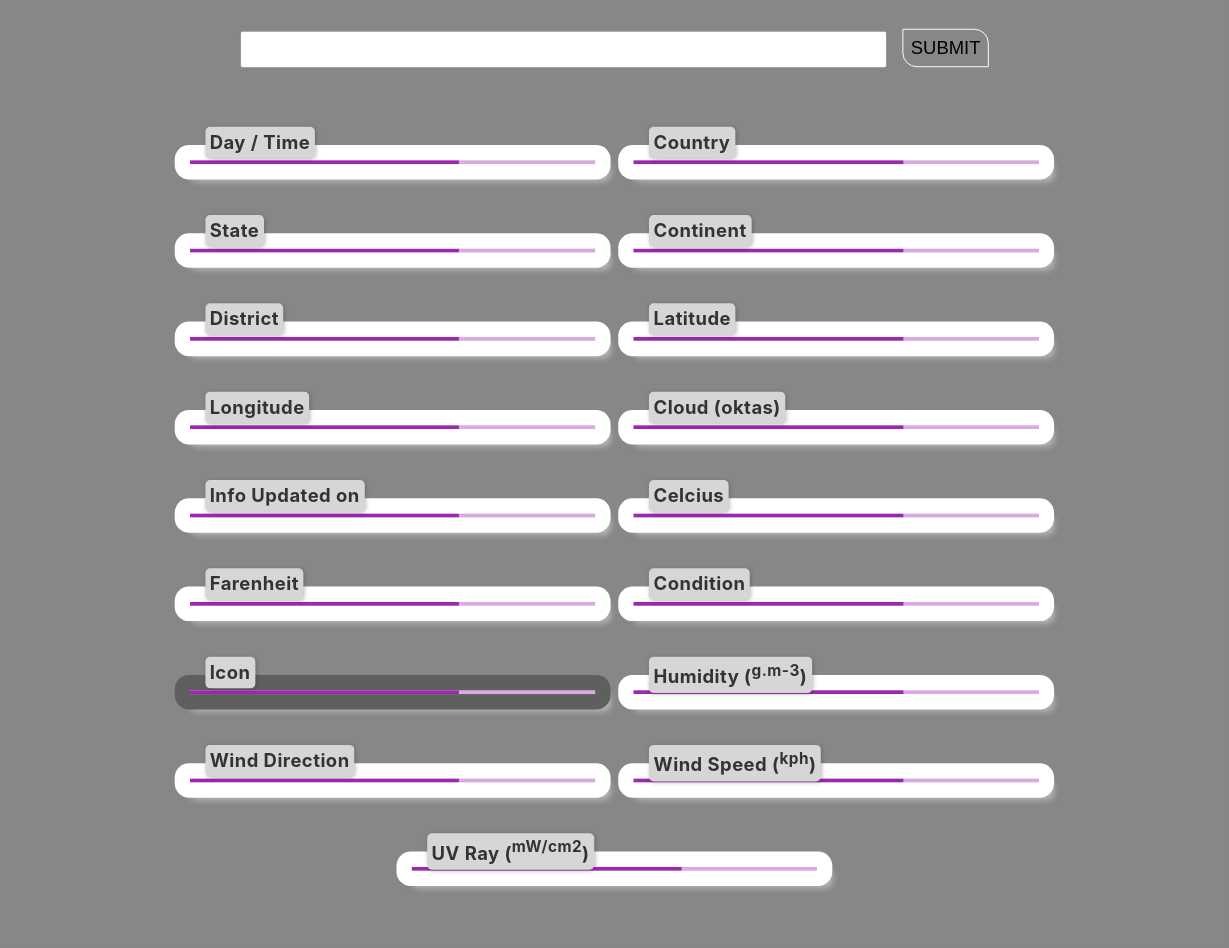
Repository: Imprasna/practising-API
Page: /
The author's editor kept a copy of each file at every save. The page is drawn from the files as they stood at one save, then again after the next save.
The browser window is 1280 px wide. The pictures show the whole page, at 96% of full size.
The project was rebuilt for these pictures with package versions that can differ from the ones it lists, and the page was loaded fresh each time. Also part of the build but not shown: src/component/Country.js, src/component/Region.js, src/component/Time.js, src/component/Continent.js, src/component/District.js, src/component/Cloud.js, src/component/UpdatedWeather.js, src/component/Celcius.js and 9 more.

Above is the page before, as saved 2021-11-12 00:24:30.

### src/App.js
import './App.css';
import Get from './Get'

function App() {
  return (
    <div className="App">
      <Get />
    </div>
  );
}

export default App;

### src/Get.js
import React, { useState } from "react";
import axios from "axios";
// import moment from 'moment';
import Country from "./component/Country";
import Region from "./component/Region";
import Time from "./component/Time";
import Continent from "./component/Continent";
import District from "./component/District";
import Cloud from "./component/Cloud";
import UpdatedWeather from "./component/UpdatedWeather";
import Celcius from "./component/Celcius";
import Farenheit from "./component/Farenheit";
import Latitude from "./component/Latitude";
import Longitude from "./component/Longitude";
import Condition from "./component/Condition";
import Icon from "./component/Icon";
import Humidity from "./component/Humidity";
import WindDirection from "./component/WindDirection";
import WindSpeed from "./component/WindSpeed";
import Uv from "./component/Uv";
import "./component/style.css";
// import CircularProgress from '@mui/material/CircularProgress';
import LinearProgress from '@mui/material/LinearProgress';



const Get = () => {
	const [getPost, setGetPost] = useState([]);
	const [loading, setLoading] = useState(false);
	const [values, setValues] = useState({ cities: "" });

	React.useEffect =
		(() => {
			getData();

			const CName = () => {
				setGetPost(getPost);
			};
			CName();
		},
		[]);

		const getData = async () =>
		{
			const city = values.cities;
			try {
				const res = await axios.get(
					`http://api.weatherapi.com/v1/current.json?key=b572a200fc624a6a85671436211310&q=${city}&aqi=yes`
					);
				setTimeout(function ()
				{
					// console.log(res.data.current);
					// console.log(res.data.location);
					// setGetPost(res.data);
					(setGetPost(res.data))
					setLoading(true);
				}, 3000);

			console.log(getPost);
			// console.log(res.data.current);
			// setGetPost({res});
		} catch (err) {
			console.log(err);
		}
	};
	console.log(getPost);

	const onChangeHandler = (e) => {
		const name = e.target.name;
		const value = e.target.value;

		// here values is the state name
		let inputValues = values;
		inputValues[name] = value;
		setValues({ ...inputValues });
		setLoading(false);
	};

	return (
		<>
			<input
				className="search-box"
				type="text"
				value={values.cities}
				name="cities"
				onChange={(e) => onChangeHandler(e)}
			/>
			<button className="button" onClick={getData}>
				Submit
			</button>

			<div className="whole">

				<div className="time">
					{loading ? (<Time CName={getPost} />) : (<LinearProgress  color="secondary"  />) }
					<h1>Day / Time</h1>
				</div>

				<div className="Country">
					{loading ? (<Country CName={getPost} />) : (<LinearProgress  color="secondary"  />)}
					<h1>Country</h1>
				</div>

				<div className="region">
					{loading ? (<Region CName={getPost} />) : (<LinearProgress  color="secondary"  />) }
					<h1>State</h1>
				</div>



				<div className="continent">
				{loading ? (<Continent CName={getPost} />) : (<LinearProgress  color="secondary"  />) }
					<h1>Continent</h1>

				</div>

				<div className="district">
				{loading ? (<District CName={getPost} />) : (<LinearProgress  color="secondary"  />) }
					<h1>District</h1>

				</div>

				<div className="lat">
				{loading ? (<Latitude CName={getPost} />) : (<LinearProgress  color="secondary"  />) }
					<h1>Latitude</h1>

				</div>

				<div className="lon">
				{loading ? (<Longitude CName={getPost} />) : (<LinearProgress  color="secondary"  />) }
					<h1>Longitude</h1>

				</div>

				<div className="cloud">
				{loading ? (<Cloud CName={getPost} />) : (<LinearProgress  color="secondary"  />) }
					<h1>Cloud (oktas)</h1>

				</div>

				<div className="upt">
				{loading ? (<UpdatedWeather CName={getPost} />) : (<LinearProgress  color="secondary"  />) }
					<h1>Info Updated on</h1>

				</div>

				<div className="cel">
				{loading ? (<Celcius CName={getPost} />) : (<LinearProgress  color="secondary"  />) }
					<h1>Celcius</h1>

				</div>

				<div className="far">
				{loading ? (<Farenheit CName={getPost} />) : (<LinearProgress  color="secondary"  />) }
					<h1>Farenheit</h1>

				</div>

				<div className="cond">
				{loading ? (<Condition CName={getPost} />) : (<LinearProgress  color="secondary"  />) }
					<h1>Condition</h1>

				</div>

				<div className="icon">
				{loading ? (<Icon CName={getPost} />) : (<LinearProgress  color="secondary"  />) }
					<h1>Icon</h1>

				</div>

				<div className="hum">
				{loading ? (<Humidity CName={getPost} />) : (<LinearProgress  color="secondary"  />) }
					<h1>
						Humidity (<sup>g.m-3</sup>)
					</h1>

				</div>


				<div className="wd">
				{loading ? (<WindDirection CName={getPost} />) : (<LinearProgress  color="secondary"  />) }
					<h1>Wind Direction</h1>

				</div>

				<div className="ws">
				{loading ? (<WindSpeed CName={getPost} />) : (<LinearProgress  color="secondary"  />) }
					<h1>
						Wind Speed (<sup>kph</sup>)
					</h1>

				</div>

				<div className="uv">
				{loading ? (<Uv CName={getPost} />) : (<LinearProgress  color="secondary"  />) }
					<h1>
						UV Ray (<sup>mW/cm2</sup>)
					</h1>

				</div>
			</div>
		</>
	);
};

export default Get;

### src/component/style.css
body {
    background: #878787;
}

.whole {
    width: 100%;
    height: 100%;
    display: flex;
    justify-content: center;
    align-items: center;
    flex-wrap: wrap;
    gap: .5rem;
    margin-bottom: 4rem;
}

.search-box {
    width: 50%;
    padding: .5rem 1rem;
    border-radius: 3px;
    border: 1px solid #929292;
    outline: none;
    font-size: 1rem;
    line-height: 1.3em;
    margin: 0 auto;
    margin-bottom: 2rem;
    margin-top: 2rem;
    margin-right: 1rem;
    text-transform: uppercase;
}

.button {
    padding: .5rem;
    outline: none;
    border: 1px solid #fff;
    border-top-right-radius: 15px;
    border-bottom-left-radius: 15px;
    cursor: pointer;
    font-size: 1.2rem;
    text-transform: uppercase;
    background: transparent;
    transition: .3s;
}

.button:hover {
    background-color: #0faa74;
}

.Country {
    width: 33%;
    color: #000;
    padding: 1rem;
    border-radius: 15px;
    background-color: #fff;
    box-shadow: 8px 10px 7px -8px rgba(204,204,204,0.75);
    position: relative;
    font-size: 1.1rem;
    font-weight: 600;
    letter-spacing: .5px;
    margin-top: 3rem;
}

.Country > h1 {
    position: absolute;
    top: -2rem;
    left: 2rem;
    padding: .3rem;
    background-color: #d6d6d6;
    border-radius: 5px;
    font-size: 1.2rem;
    filter: drop-shadow(1px 1px 2px rgba(44, 44, 44, 0.342));
    color: #333;
}

.region {
    width: 33%;
    color: #000;
    padding: 1rem;
    border-radius: 15px;
    background-color: #fff;
    box-shadow: 8px 10px 7px -8px rgba(204,204,204,0.75);
    position: relative;
    font-size: 1.1rem;
    font-weight: 600;
    letter-spacing: .5px;
    margin-top: 3rem;
}

.region > h1 {
    position: absolute;
    top: -2rem;
    left: 2rem;
    padding: .3rem;
    background-color: #d6d6d6;
    border-radius: 5px;
    font-size: 1.2rem;
    filter: drop-shadow(1px 1px 2px rgba(44, 44, 44, 0.342));
    color: #333;
}

.time {
    width: 33%;
    color: #000;
    padding: 1rem;
    border-radius: 15px;
    background-color: #fff;
    box-shadow: 8px 10px 7px -8px rgba(204,204,204,0.75);
    position: relative;
    font-size: 1.1rem;
    font-weight: 600;
    letter-spacing: .5px;
    margin-top: 3rem;
}

.time > h1 {
    position: absolute;
    top: -2rem;
    left: 2rem;
    padding: .3rem;
    background-color: #d6d6d6;
    border-radius: 5px;
    font-size: 1.2rem;
    filter: drop-shadow(1px 1px 2px rgba(44, 44, 44, 0.342));
    color: #333;
}

.continent {
    width: 33%;
    color: #000;
    padding: 1rem;
    border-radius: 15px;
    background-color: #fff;
    box-shadow: 8px 10px 7px -8px rgba(204,204,204,0.75);
    position: relative;
    font-size: 1.1rem;
    font-weight: 600;
    letter-spacing: .5px;
    margin-top: 3rem;
}

.continent > h1 {
    position: absolute;
    top: -2rem;
    left: 2rem;
    padding: .3rem;
    background-color: #d6d6d6;
    border-radius: 5px;
    font-size: 1.2rem;
    filter: drop-shadow(1px 1px 2px rgba(44, 44, 44, 0.342));
    color: #333;
}

.district {
    width: 33%;
    color: #000;
    padding: 1rem;
    border-radius: 15px;
    background-color: #fff;
    box-shadow: 8px 10px 7px -8px rgba(204,204,204,0.75);
    position: relative;
    font-size: 1.1rem;
    font-weight: 600;
    letter-spacing: .5px;
    margin-top: 3rem;
}

.district > h1 {
    position: absolute;
    top: -2rem;
    left: 2rem;
    padding: .3rem;
    background-color: #d6d6d6;
    border-radius: 5px;
    font-size: 1.2rem;
    filter: drop-shadow(1px 1px 2px rgba(44, 44, 44, 0.342));
    color: #333;
}

.lat {
    width: 33%;
    color: #000;
    padding: 1rem;
    border-radius: 15px;
    background-color: #fff;
    box-shadow: 8px 10px 7px -8px rgba(204,204,204,0.75);
    position: relative;
    font-size: 1.1rem;
    font-weight: 600;
    letter-spacing: .5px;
    margin-top: 3rem;
}

.lat > h1 {
    position: absolute;
    top: -2rem;
    left: 2rem;
    padding: .3rem;
    background-color: #d6d6d6;
    border-radius: 5px;
    font-size: 1.2rem;
    filter: drop-shadow(1px 1px 2px rgba(44, 44, 44, 0.342));
    color: #333;
}

.lon {
    width: 33%;
    color: #000;
    padding: 1rem;
    border-radius: 15px;
    background-color: #fff;
    box-shadow: 8px 10px 7px -8px rgba(204,204,204,0.75);
    position: relative;
    font-size: 1.1rem;
    font-weight: 600;
    letter-spacing: .5px;
    margin-top: 3rem;
}

.lon > h1 {
    position: absolute;
    top: -2rem;
    left: 2rem;
    padding: .3rem;
    background-color: #d6d6d6;
    border-radius: 5px;
    font-size: 1.2rem;
    filter: drop-shadow(1px 1px 2px rgba(44, 44, 44, 0.342));
    color: #333;
}

.cloud {
    width: 33%;
    color: #000;
    padding: 1rem;
    border-radius: 15px;
    background-color: #fff;
    box-shadow: 8px 10px 7px -8px rgba(204,204,204,0.75);
    position: relative;
    font-size: 1.1rem;
    font-weight: 600;
    letter-spacing: .5px;
    margin-top: 3rem;
}

.cloud > h1 {
    position: absolute;
    top: -2rem;
    left: 2rem;
    padding: .3rem;
    background-color: #d6d6d6;
    border-radius: 5px;
    font-size: 1.2rem;
    filter: drop-shadow(1px 1px 2px rgba(44, 44, 44, 0.342));
    color: #333;
}

.upt {
    width: 33%;
    color: #000;
    padding: 1rem;
    border-radius: 15px;
    background-color: #fff;
    box-shadow: 8px 10px 7px -8px rgba(204,204,204,0.75);
    position: relative;
    font-size: 1.1rem;
    font-weight: 600;
    letter-spacing: .5px;
    margin-top: 3rem;
}

.upt > h1 {
    position: absolute;
    top: -2rem;
    left: 2rem;
    padding: .3rem;
    background-color: #d6d6d6;
    border-radius: 5px;
    font-size: 1.2rem;
    filter: drop-shadow(1px 1px 2px rgba(44, 44, 44, 0.342));
    color: #333;
}

.cel {
    width: 33%;
    color: #000;
    padding: 1rem;
    border-radius: 15px;
    background-color: #fff;
    box-shadow: 8px 10px 7px -8px rgba(204,204,204,0.75);
    position: relative;
    font-size: 1.1rem;
    font-weight: 600;
    letter-spacing: .5px;
    margin-top: 3rem;
}

.cel > h1 {
    position: absolute;
    top: -2rem;
    left: 2rem;
    padding: .3rem;
    background-color: #d6d6d6;
    border-radius: 5px;
    font-size: 1.2rem;
    filter: drop-shadow(1px 1px 2px rgba(44, 44, 44, 0.342));
    color: #333;
}

.far {
    width: 33%;
    color: #000;
    padding: 1rem;
    border-radius: 15px;
    background-color: #fff;
    box-shadow: 8px 10px 7px -8px rgba(204,204,204,0.75);
    position: relative;
    font-size: 1.1rem;
    font-weight: 600;
    letter-spacing: .5px;
    margin-top: 3rem;
}

.far > h1 {
    position: absolute;
    top: -2rem;
    left: 2rem;
    padding: .3rem;
    background-color: #d6d6d6;
    border-radius: 5px;
    font-size: 1.2rem;
    filter: drop-shadow(1px 1px 2px rgba(44, 44, 44, 0.342));
    color: #333;
}

.cond {
    width: 33%;
    color: #000;
    padding: 1rem;
    border-radius: 15px;
    background-color: #fff;
    box-shadow: 8px 10px 7px -8px rgba(204,204,204,0.75);
    position: relative;
    font-size: 1.1rem;
    font-weight: 600;
    letter-spacing: .5px;
    margin-top: 3rem;
}

.cond > h1 {
    position: absolute;
    top: -2rem;
    left: 2rem;
    padding: .3rem;
    background-color: #d6d6d6;
    border-radius: 5px;
    font-size: 1.2rem;
    filter: drop-shadow(1px 1px 2px rgba(44, 44, 44, 0.342));
    color: #333;
}


.icon {
    width: 33%;
    color: #000;
    padding: 1rem;
    border-radius: 15px;
    background-color: #5f5f5f;
    box-shadow: 8px 10px 7px -8px rgba(204,204,204,0.75);
    position: relative;
    font-size: 1.1rem;
    font-weight: 600;
    letter-spacing: .5px;
    margin-top: 3rem;
}

.icon > h1 {
    position: absolute;
    top: -2rem;
    left: 2rem;
    padding: .3rem;
    background-color: #d6d6d6;
    border-radius: 5px;
    font-size: 1.2rem;
    filter: drop-shadow(1px 1px 2px rgba(44, 44, 44, 0.342));
    color: #333;
}

.hum {
    width: 33%;
    color: #000;
    padding: 1rem;
    border-radius: 15px;
    background-color: #fff;
    box-shadow: 8px 10px 7px -8px rgba(204,204,204,0.75);
    position: relative;
    font-size: 1.1rem;
    font-weight: 600;
    letter-spacing: .5px;
    margin-top: 3rem;
}

.hum > h1 {
    position: absolute;
    top: -2rem;
    left: 2rem;
    padding: .3rem;
    background-color: #d6d6d6;
    border-radius: 5px;
    font-size: 1.2rem;
    filter: drop-shadow(1px 1px 2px rgba(44, 44, 44, 0.342));
    color: #333;
}

.wd {
    width: 33%;
    color: #000;
    padding: 1rem;
    border-radius: 15px;
    background-color: #fff;
    box-shadow: 8px 10px 7px -8px rgba(204,204,204,0.75);
    position: relative;
    font-size: 1.1rem;
    font-weight: 600;
    letter-spacing: .5px;
    margin-top: 3rem;
}

.wd > h1 {
    position: absolute;
    top: -2rem;
    left: 2rem;
    padding: .3rem;
    background-color: #d6d6d6;
    border-radius: 5px;
    font-size: 1.2rem;
    filter: drop-shadow(1px 1px 2px rgba(44, 44, 44, 0.342));
    color: #333;
}

.ws {
    width: 33%;
    color: #000;
    padding: 1rem;
    border-radius: 15px;
    background-color: #fff;
    box-shadow: 8px 10px 7px -8px rgba(204,204,204,0.75);
    position: relative;
    font-size: 1.1rem;
    font-weight: 600;
    letter-spacing: .5px;
    margin-top: 3rem;
}

.ws > h1 {
    position: absolute;
    top: -2rem;
    left: 2rem;
    padding: .3rem;
    background-color: #d6d6d6;
    border-radius: 5px;
    font-size: 1.2rem;
    filter: drop-shadow(1px 1px 2px rgba(44, 44, 44, 0.342));
    color: #333;
}

.uv {
    width: 33%;
    color: #000;
    padding: 1rem;
    border-radius: 15px;
    background-color: #fff;
    box-shadow: 8px 10px 7px -8px rgba(204,204,204,0.75);
    position: relative;
    font-size: 1.1rem;
    font-weight: 600;
    letter-spacing: .5px;
    margin-top: 3rem;
}

.uv > h1 {
    position: absolute;
    top: -2rem;
    left: 2rem;
    padding: .3rem;
    background-color: #d6d6d6;
    border-radius: 5px;
    font-size: 1.2rem;
    filter: drop-shadow(1px 1px 2px rgba(44, 44, 44, 0.342));
    color: #333;
}

Loaded but not shown: public/index.html (common file); src/index.js (common file); src/index.css (common file); src/App.css (common file)

After the next save:
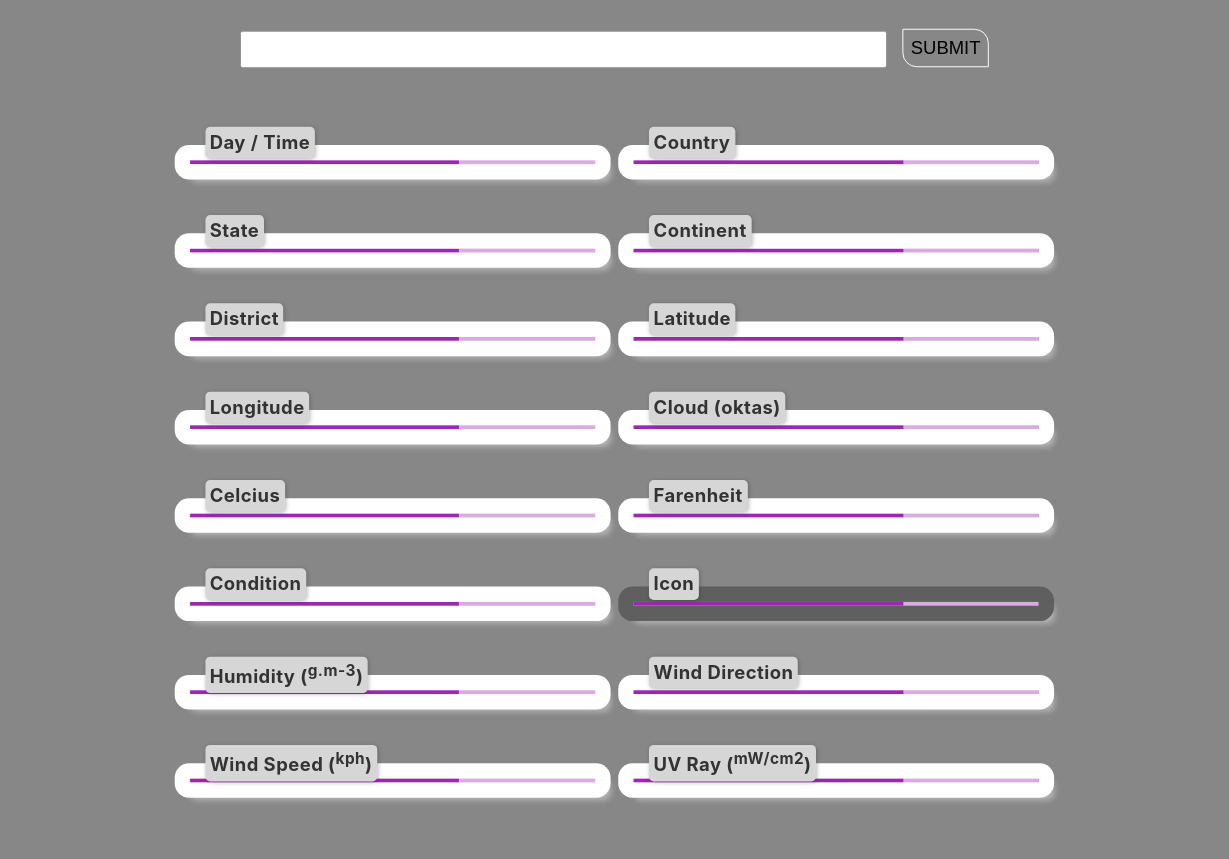
Saved 20 s later.
--- a/src/Get.js
+++ b/src/Get.js
@@ -138,11 +138,7 @@ const Get = () => {
 
 				</div>
 
-				<div className="upt">
-				{loading ? (<UpdatedWeather CName={getPost} />) : (<LinearProgress  color="secondary"  />) }
-					<h1>Info Updated on</h1>
-
-				</div>
+
 
 				<div className="cel">
 				{loading ? (<Celcius CName={getPost} />) : (<LinearProgress  color="secondary"  />) }
